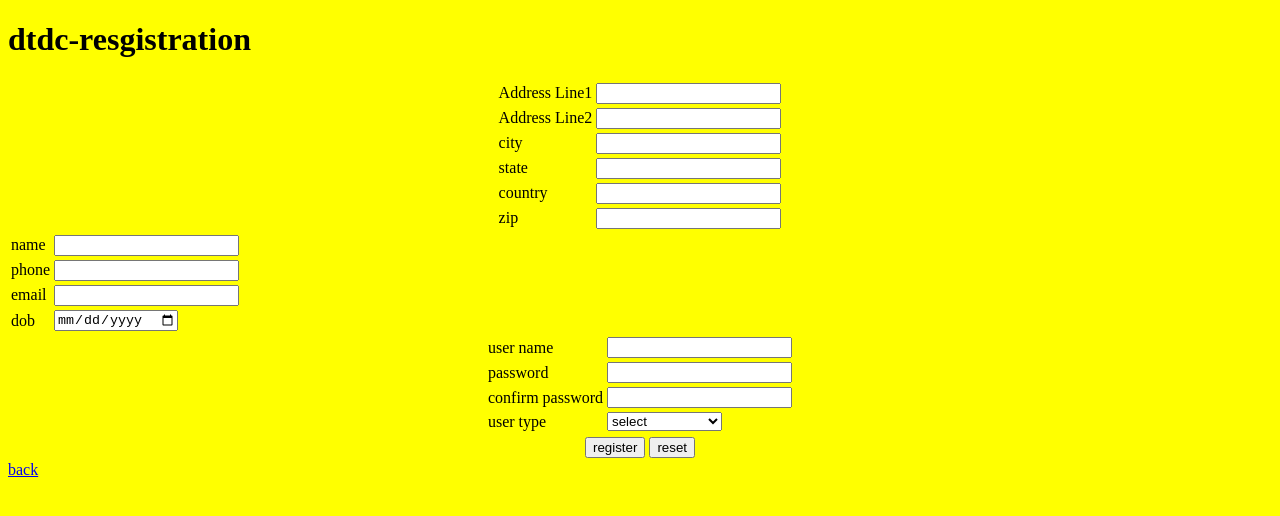
Repository: techkis4u/Kishor17
Page: http://localhost/cp_debit/WEB-INF/jsp/dtdc-registration.jsp
An editor plug-in stored every save of this project. The page is shown before and after the next save, followed by the edit.
The browser window is 1280 px wide. The pictures show the whole page.
The page is served by Tomcat 9. Nobody is signed in. Other server files are loaded and not shown. The template is opened directly, without the code that normally fills it, so the values that code supplies are empty.

Above is the page before, as saved 2019-12-02 22:11:15.

### Project/cp_debit/src/main/WebApp/WEB-INF/jsp/dtdc-registration.jsp
<%@ page language="java" contentType="text/html; charset=ISO-8859-1"
	pageEncoding="ISO-8859-1"%>
<%@ taglib uri="http://www.springframework.org/tags/form" prefix="form" %>
<%@ page isELIgnored="false" %>
<!DOCTYPE html>
<html>
<head>
<meta charset="ISO-8859-1">
<title>dtdc-resgistration</title>
</head>
<body style="background: yellow">
	<h1>dtdc-resgistration</h1>
	<form:form modelAttribute="dtdcRegistration">
		<div id="error-div">
			<span style="color: red">
				<form:errors path="*"/>
			</span>
		</div>
		<div align="center" id="address-div">
			<table>
				<tr>
					<td>Address Line1</td>
					<td>
						<form:input path="addressLine1"/>
					</td>
				</tr>
				<tr>
					<td>Address Line2</td>
					<td><form:input path="addressLine2"/></td>
				</tr>
				<tr>
					<td>city</td>
					<td><form:input path="city"/></td>
				</tr>
				<tr>
					<td>state</td>
					<td><form:input path="state"/></td>
				</tr>
				<tr>
					<td>country</td>
					<td><form:input path="country"/></td>
				</tr>
				<tr>
					<td>zip</td>
					<td><form:input path="zip"/></td>
				</tr>
			</table>
		</div>

		 <div id="user-div">
			<table>
				<tr>
					<td>name</td>
					<td><form:input path="name"/></td>
				</tr>
				<tr>
					<td>phone</td>
					<td><form:input path="phone"/></td>
				</tr>
				<tr>
					<td>email</td>
					<td><form:input path="email"/></td>
				</tr>
				<tr>
					<td>dob</td>
					<td><form:input path="dob" type="date"/></td>
				</tr>
			</table>
		</div>
		<div align="center" id="login-info-div">
			<table>
				<tr>
					<td>user name</td>
					<td><form:input path="userName"/></td>
				</tr>
				<tr>
					<td>password</td>
					<td><form:input path="password" type="password"/></td>
				</tr>
				<tr>
					<td>confirm password</td>
					<td><input type="password" name="confirmPassword"></td>
				</tr>
				<tr>
					<td>user type</td>
					<td>
					<form:select path="userType">
						<form:option value="">select</form:option>
						<form:option value="corporate">corporate</form:option>
						<form:option value="channel-pattner">channel-pattner</form:option>
						<form:option value="delivery-pattner">delivery-pattner</form:option>
					</form:select>
					</td>
				</tr>
			</table>
		</div>
		<div align="center" id="submit-div">
			<table>
				<tr>
					<td><input type="submit" value="register"></td>
					<td><input type="reset" value="reset"></td>
				</tr>
			</table>
		</div>
	</form:form>
	<a href="/dashboard.htm">back</a>
</body>
</html>

After the next save:
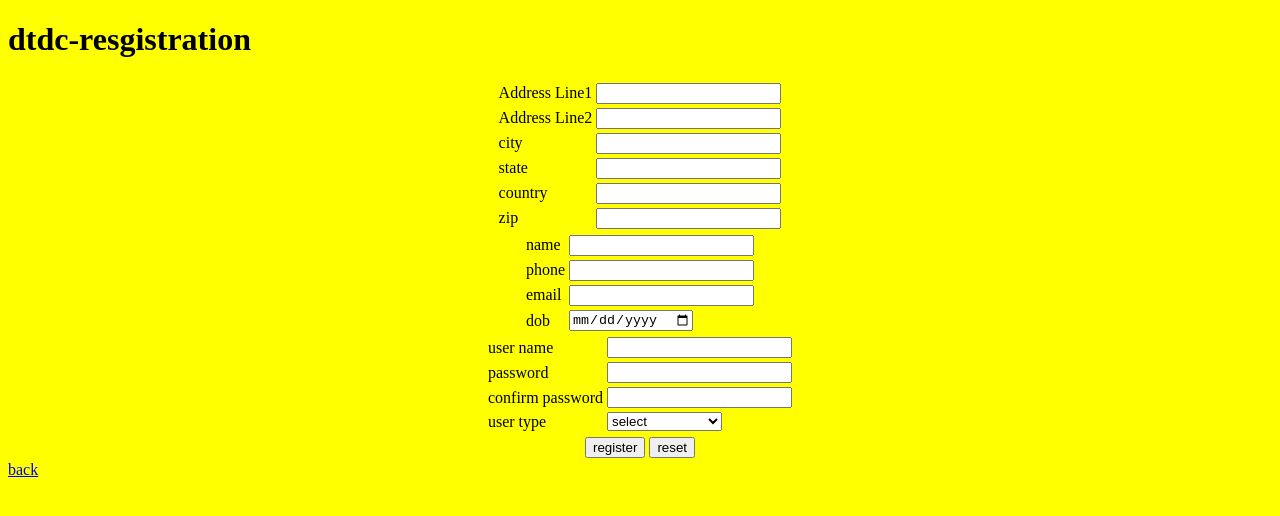
Saved 23 s later.
--- a/Project/cp_debit/src/main/WebApp/WEB-INF/jsp/dtdc-registration.jsp
+++ b/Project/cp_debit/src/main/WebApp/WEB-INF/jsp/dtdc-registration.jsp
@@ -47,7 +47,7 @@
 			</table>
 		</div>
 
-		 <div id="user-div">
+		 <div align="center" id="user-div">
 			<table>
 				<tr>
 					<td>name</td>
